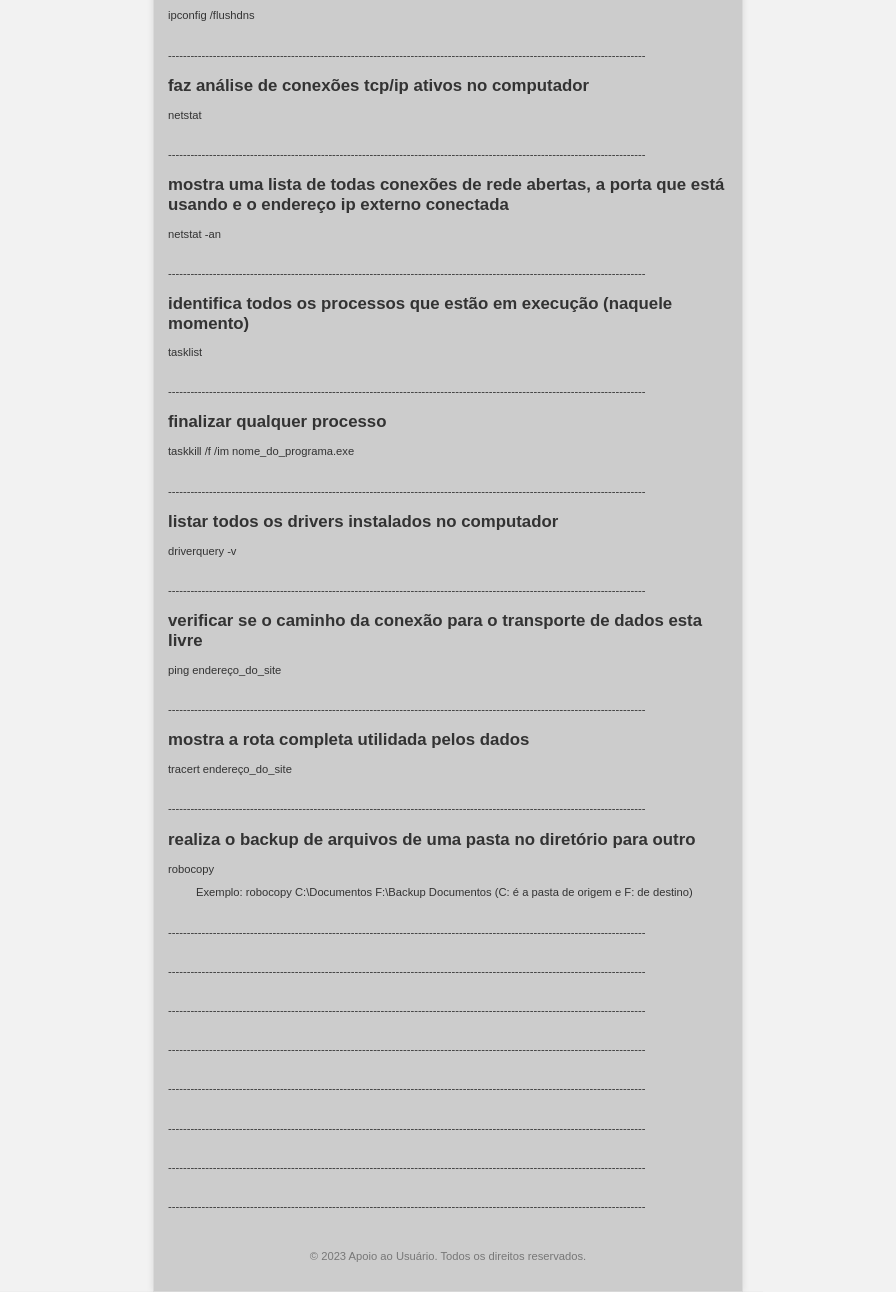
Repository: I4guito/dicasdez
Page: Dicas site/Dicas/cmd.html
These files come from the project's save history. The page is drawn as it stood at one moment and after the next save; the edit follows.
The browser window is 1280 px wide. The pictures show the part of the page from y = 1512 to 3432 px (the page is 3357 px tall before and 3432 px after), at 70% of full size.

Above is the page before, as saved 2023-11-28 13:51:28.

### Dicas site/Dicas/cmd.html
<!DOCTYPE html>
<html lang="pt-br">
<head>
    <meta charset="UTF-8">
    <meta name="viewport" content="width=device-width, initial-scale=1.0">
    <link rel="stylesheet" href="padrao.css">
    <script src="/Dicas site/script.js"></script>
    <title>CMD - comandos</title>
</head>
<body>
    <div class="container">
        <header>
        <a href="javascript:history.back()" class="voltar-btn">&#8592; Voltar</a>
            <h1>Comandos úteis para usar no cmd:</h1>
        </header>
        --------------------------------------------------------------------------------------------------------------------------------

        <section>
            <div class="programa">
                <h2>Testar a conectividade (pingar)</h2>
                <p>ping t?????? </p>
                <blockquote>no caso seria ping + tombo (ping t123456)</blockquote>

            </div>
        </section><br>

        --------------------------------------------------------------------------------------------------------------------------------

        <section>
            <div class="programa">
                <h2>Ficar pingando continuamente</h2>
                <p>ping t?????? -t</p>

            </div>
        </section><br>

        --------------------------------------------------------------------------------------------------------------------------------

        <section>
            <div class="programa">
                <h2>saber as permissões do usuário</h2>
                <p>gpresult /r</p>
            </div>
        </section><br>

        --------------------------------------------------------------------------------------------------------------------------------

        <section>
            <div class="programa">
                <h2>forçar atualizações de política de rede no computador</h2>
                <p>gpupdate /force</p>
            </div>
        </section><br>

        --------------------------------------------------------------------------------------------------------------------------------

        <section>
            <div class="programa">
                <h2>reiniciar o computador a distância</h2>
                <p>shutdown -r -m \\tombo -f -t 0</p>
            </div>
        </section><br>


        --------------------------------------------------------------------------------------------------------------------------------

        <section>
            <div class="programa">
                <h2>Verificar a integridade de todos os arquivos do sistema protegidos e reparar os arquivos com problemas quando possível</h2>
                <p>sfc /SCANNOW</p>
            </div>
        </section><br>

        --------------------------------------------------------------------------------------------------------------------------------

        <section>
            <div class="programa">
                <h2>Saber se tem alguém conectado via VNC em alguma máquina:</h2>
                <p>psloggedon \t?????? </p>
            </div>
        </section><br>


        --------------------------------------------------------------------------------------------------------------------------------

        <section>
            <div class="programa">
                <h2>mostrar as principais informações úteis do seu computador</h2>
                <p>systeminfo</p>
            </div>
        </section><br>


        --------------------------------------------------------------------------------------------------------------------------------

        <section>
            <div class="programa">
                <h2>mostrar as informações do endereço ip do computador</h2>
                <p>ipconfig</p>
            </div>
        </section><br>


        --------------------------------------------------------------------------------------------------------------------------------

        <section>
            <div class="programa">
                <h2 do cache dns>limpeza do cache dns</h2>
                <p>ipconfig /flushdns</p>
            </div>
        </section><br>


        --------------------------------------------------------------------------------------------------------------------------------

        <section>
            <div class="programa">
                <h2>faz análise de conexões tcp/ip ativos no computador</h2>
                <p>netstat</p>
            </div>
        </section><br>


        --------------------------------------------------------------------------------------------------------------------------------

        <section>
            <div class="programa">
                <h2>mostra uma lista de todas conexões de rede abertas, a porta que está usando e o endereço ip externo conectada</h2>
                <p>netstat -an</p>
            </div>
        </section><br>

        --------------------------------------------------------------------------------------------------------------------------------

        <section>
            <div class="programa">
                <h2>identifica todos os processos que estão em execução (naquele momento)</h2>
                <p>tasklist</p>
            </div>
        </section><br>


        --------------------------------------------------------------------------------------------------------------------------------

        <section>
            <div class="programa">
                <h2>finalizar qualquer processo</h2>
                <p>taskkill /f /im nome_do_programa.exe</p>
            </div>
        </section><br>

        --------------------------------------------------------------------------------------------------------------------------------

        <section>
            <div class="programa">
                <h2>listar todos os drivers instalados no computador</h2>
                <p>driverquery -v</p>
            </div>
        </section><br>

        --------------------------------------------------------------------------------------------------------------------------------

        <section>
            <div class="programa">
                <h2>verificar se o caminho da conexão para o transporte de dados esta livre</h2>
                <p>ping endereço_do_site</p>
            </div>
        </section><br>

        --------------------------------------------------------------------------------------------------------------------------------

        <section>
            <div class="programa">
                <h2>mostra a rota completa utilidada pelos dados</h2>
                <p>tracert endereço_do_site</p>
            </div>
        </section><br>

        --------------------------------------------------------------------------------------------------------------------------------

        <section>
            <div class="programa">
                <h2>realiza o backup de arquivos de uma pasta no diretório para outro</h2>
                <p>robocopy</p>
                <blockquote>Exemplo: robocopy C:\Documentos F:\Backup Documentos (C: é a pasta de origem e F: de destino)</blockquote>
            </div>
        </section><br>

        --------------------------------------------------------------------------------------------------------------------------------

        <section>
            <div class="programa">
                <h2></h2>
                <p></p>
            </div>
        </section><br>

        --------------------------------------------------------------------------------------------------------------------------------

        <section>
            <div class="programa">
                <h2></h2>
                <p></p>
            </div>
        </section><br>

        --------------------------------------------------------------------------------------------------------------------------------

        <section>
            <div class="programa">
                <h2></h2>
                <p></p>
            </div>
        </section><br>

        --------------------------------------------------------------------------------------------------------------------------------

        <section>
            <div class="programa">
                <h2></h2>
                <p></p>
            </div>
        </section><br>

        --------------------------------------------------------------------------------------------------------------------------------

        <section>
            <div class="programa">
                <h2></h2>
                <p></p>
            </div>
        </section><br>

        --------------------------------------------------------------------------------------------------------------------------------

        <section>
            <div class="programa">
                <h2></h2>
                <p></p>
            </div>
        </section><br>

        --------------------------------------------------------------------------------------------------------------------------------

        <section>
            <div class="programa">
                <h2></h2>
                <p></p>
            </div>
        </section><br>

        --------------------------------------------------------------------------------------------------------------------------------

        <section>
            <div class="programa">
                <h2></h2>
                <p></p>
            </div>
        </section><br>


        <footer>
            <p>&copy; 2023 Apoio ao Usuário. Todos os direitos reservados.</p>
        </footer>
    </div>
</body>
</html>

### Dicas site/Dicas/padrao.css
body {
    font-family: 'Arial', sans-serif;
    margin: 0;
    padding: 0;
    background-color: #f2f2f2;
    color:#fff
}

.container {
    max-width: 800px;
    margin: 0 auto;
    background-color: #ccc;
    padding: 20px;
    box-shadow: 0 0 10px rgba(0, 0, 0, 0.1);
    border: 1px solid #ddd;
    color: #333;
}

header, section, footer {
    margin-bottom: 20px;
}

header h1, section h2 {
    color: #333;
}

ul {
    list-style: none;
    padding: 0;
}

li {
    margin-bottom: 10px;
}

footer {
    text-align: center;
    color: #777;
}

.voltar-btn {
    position: absolute;
    left: 10px;
    top: 10px;
    text-decoration: none;
    color: #fff;
    font-size: 16px;
    padding: 10px;
    background-color: #555;
    border: none;
    border-radius: 5px;
    cursor: pointer;
    transition: background-color 0.3s;
}

.voltar-btn:hover {
    background-color: #777;
}

img {

    margin-inline: 5cm;
    max-width: 100%;
    border-radius: 3%;
}

.link-instrucoes {
    font-family:cursive;
    width: 50px;
    left: 10px;
    text-decoration: none;
    color: #fff;
    font-size: 25px;
    padding: 3px;
    background-color: #555;
    border: none;
    border-radius: 10px;
    cursor: pointer;
    transition:  background-color 0.3s;
}

.link-instrucoes:hover {
    background-color:#777
}

### Dicas site/script.js
function filterItems() {
    var searchBar = document.getElementById('searchBar');
    var filter = searchBar.value.toUpperCase();

    var columns = document.getElementsByClassName('column');
    for (var i = 0; i < columns.length; i++) {
        var boxes = columns[i].getElementsByClassName('box');
        for (var j = 0; j < boxes.length; j++) {
            var item = boxes[j];
            var textValue = item.textContent || item.innerText;
            if (textValue.toUpperCase().indexOf(filter) > -1) {
                item.style.display = "";
            } else {
                item.style.display = "none";
            }
        }
    }
}

function openPage(pageName) {
    // Assuming all pages are in the same directory, you can modify the path as needed
    window.location.href = pageName + '.html';
}


    const isOpera = navigator.userAgent.indexOf("OPR") > -1;


    if (isOpera) {
      document.addEventListener("DOMContentLoaded", function () {
        document.querySelector(".container").style.backgroundColor = "#005c4b"; /* Azul claro para o Opera */
        document.querySelector(".container").style.color = "#333";
      });
    }

After the next save:
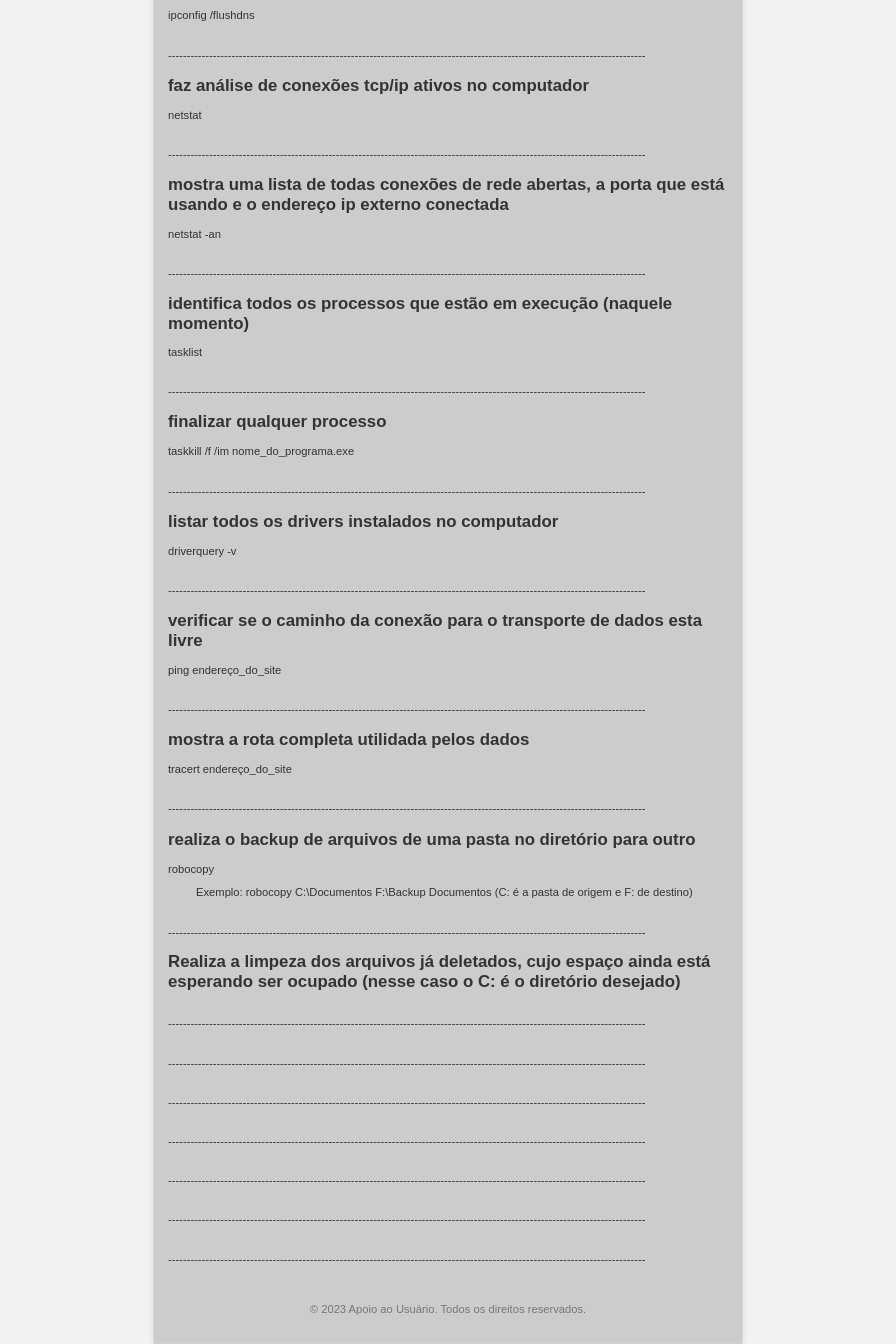
Saved 20 s later.
--- a/Dicas site/Dicas/cmd.html
+++ b/Dicas site/Dicas/cmd.html
@@ -190,7 +190,7 @@
 
         <section>
             <div class="programa">
-                <h2></h2>
+                <h2>Realiza a limpeza dos arquivos já deletados, cujo espaço ainda está esperando ser ocupado (nesse caso o C: é o diretório desejado)</h2>
                 <p></p>
             </div>
         </section><br>
